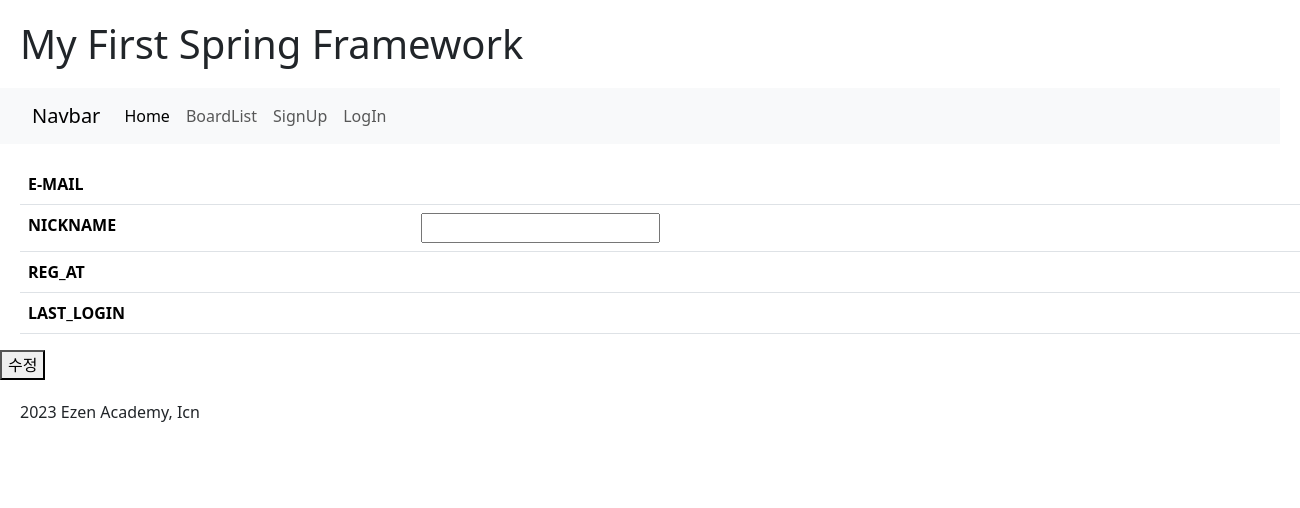
Repository: halsooitda/spring-java
Page: http://localhost/springProject/WEB-INF/views/member/detail.jsp
The author's editor kept a copy of each file at every save. The page is drawn from the files as they stood at one save, then again after the next save.
The browser window is 1280 px wide. The page is 1300 px wide, so the pictures cover 1300 px, including what lies to the right of the window. The pictures show the whole page.
The page is served by Tomcat 9. Nobody is signed in. The template is opened directly, without the code that normally fills it, so the values that code supplies are empty.

Above is the page before, as saved 2023-10-31 07:11:49.
Console error: TypeError: Cannot read properties of null (reading 'addEventListener')

After the next save:
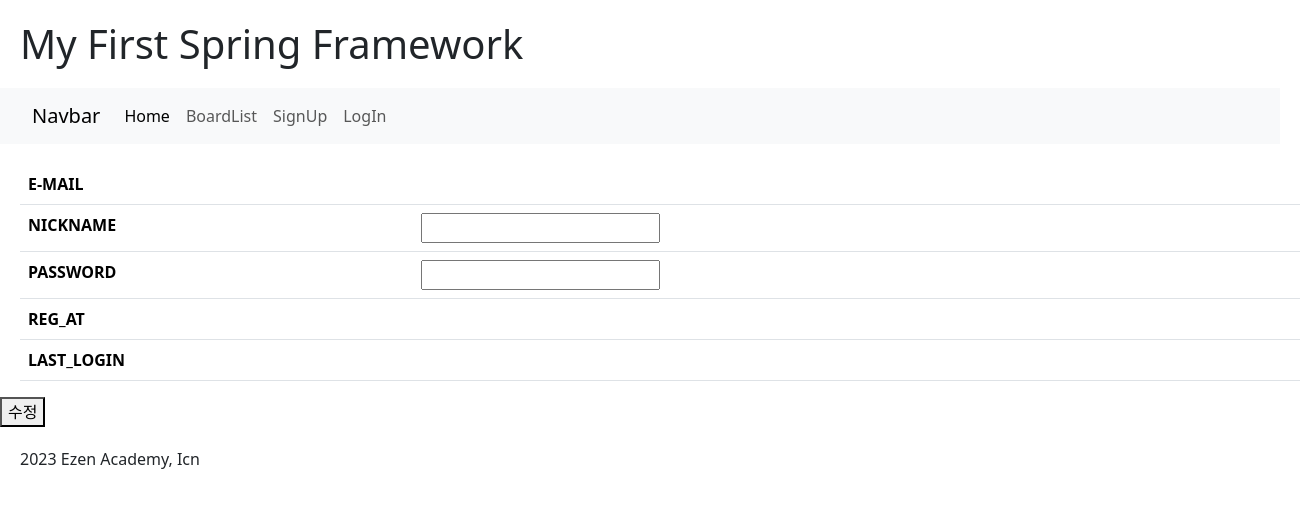
Saved 23 s later.
--- a/springProject/src/main/webapp/WEB-INF/views/member/detail.jsp
+++ b/springProject/src/main/webapp/WEB-INF/views/member/detail.jsp
@@ -29,6 +29,10 @@
 			<td><input type="text" name="nickName" value="${mvo.nickName }"></td>
 		</tr>
 		<tr>
+			<th>PASSWORD</th>
+			<td><input type="text" name="pwd"></td>
+		</tr>
+		<tr>
 			<th>REG_AT</th>
 			<td>${mvo.regAt }</td>
 		</tr>
